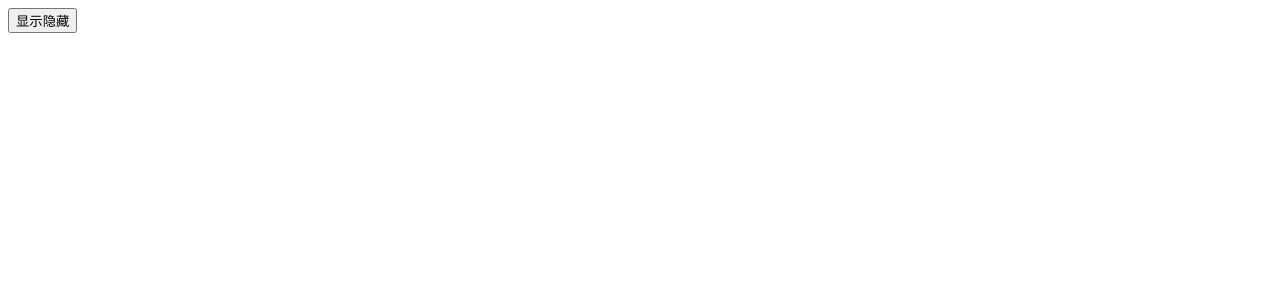
Repository: j38472/STS
Page: js&jq/js/one/显示隐藏.html
An editor plug-in stored every save of this project. The page is shown before and after the next save, followed by the edit.
The browser window is 1280 px wide. The pictures show the whole page.
After loading, the first visible `input` was clicked once.

Above is the page before, as saved 2017-12-20 07:26:10.
Console error: TypeError: Cannot read properties of null (reading 'style')

After the next save:
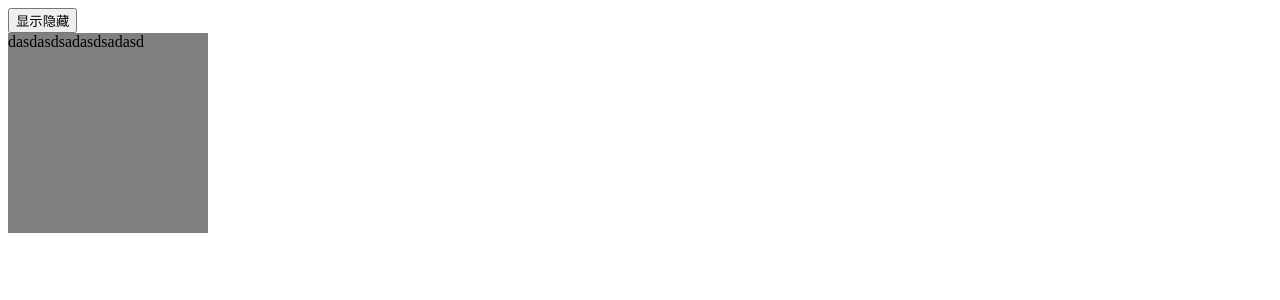
The error is gone.
Saved 2 min 3 s later.
--- a/js&jq/js/one/显示隐藏.html
+++ b/js&jq/js/one/显示隐藏.html
@@ -14,7 +14,7 @@
 </style>
 <script type="text/javascript">
 	function showHide() {
-		var myDiv= document.getElementById('text1');
+		var myDiv= document.getElementById('div1');
 		if (myDiv.style.display=='block') {
 			myDiv.style.display='none';
 		} else {
